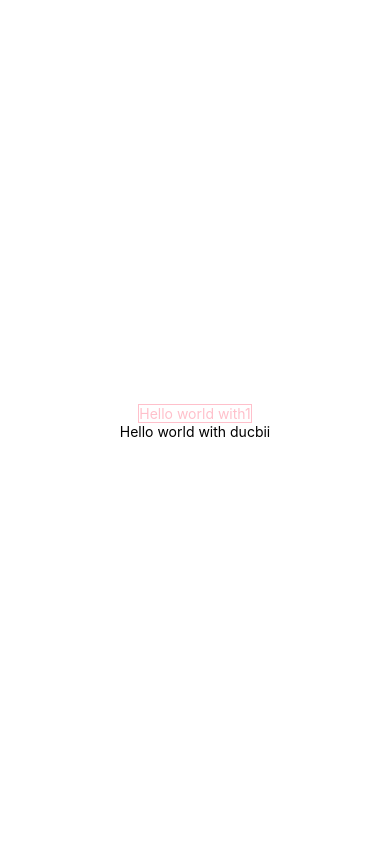
Repository: Ducbii4202/React-Native
Screen: /review-detail
An editor plug-in stored every save of this project. The screen is shown before and after the next save, followed by the edit.
The app was drawn by React Native's web renderer in a window 390 px wide. The project was rebuilt for these pictures with package versions that can differ from the ones it lists, and the page was loaded fresh each time.

Above is the screen before, as saved 2024-09-12 16:23:42.

After the next save:
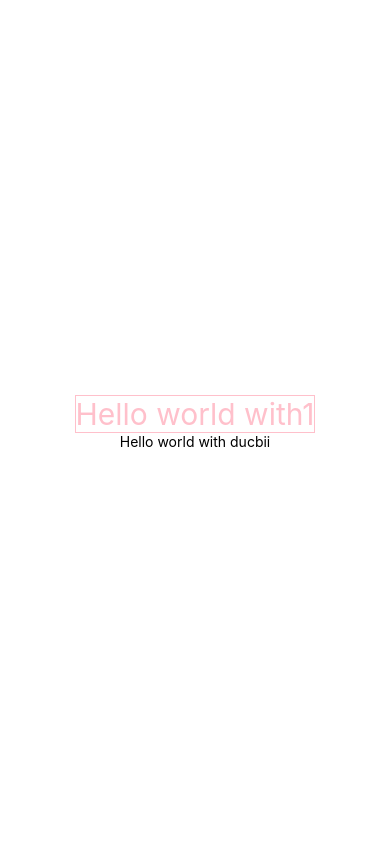
Saved 26 s later.
--- a/App.tsx
+++ b/App.tsx
@@ -21,5 +21,6 @@ const styles = StyleSheet.create({
     color: "pink",
     borderColor: "pink",
     borderWidth: 1,
+    fontSize: 30
   }
 });
